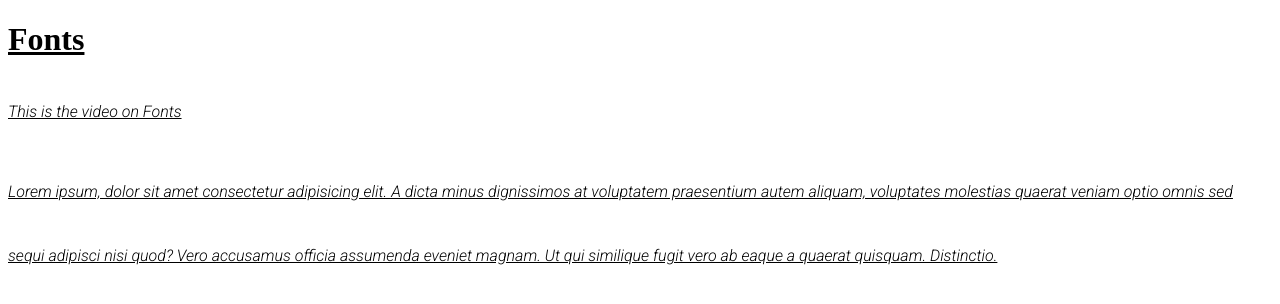
Repository: diensy/Web_dev
Page: Css/Fonts/index.html
These files come from the project's save history. The page is drawn as it stood at one moment and after the next save; the edit follows.
The browser window is 1280 px wide. The pictures show the whole page.
Some web fonts or font styles are not loaded; a fallback is used.

Above is the page before, as saved 2024-05-22 22:35:31.

### Css/Fonts/index.html
<!DOCTYPE html>
<html lang="en">
  <head>
    <meta charset="UTF-8" />
    <meta name="viewport" content="width=device-width, initial-scale=1.0" />
    <title>Document</title>
    <link rel="stylesheet" href="font.css" />
  </head>
  <body>
    <div>
      <h1><u>Fonts</u></h1>
      <p>This is the video on Fonts</p>
      <p>
        Lorem ipsum, dolor sit amet consectetur adipisicing elit. A dicta minus
        dignissimos at voluptatem praesentium autem aliquam, voluptates
        molestias quaerat veniam optio omnis sed sequi adipisci nisi quod? Vero
        accusamus officia assumenda eveniet magnam. Ut qui similique fugit vero
        ab eaque a quaerat quisquam. Distinctio.
      </p>
    </div>
  </body>
</html>

### Css/Fonts/font.css
@import url("https://fonts.googleapis.com/css2?family=Baloo+Bhaina+2:wght@400..800&display=swap");

@import url('https://fonts.googleapis.com/css2?family=Baloo+Bhaina+2:wght@400..800&family=Roboto:ital,wght@0,100;0,300;0,400;0,500;0,700;0,900;1,100;1,300;1,400;1,500;1,700;1,900&display=swap');


p {
  font-family: "Roboto", sans-serif;;
  font-style: oblique;
  font-weight: 300;
  text-decoration: underline;
  line-height: 4;
}

After the next save:
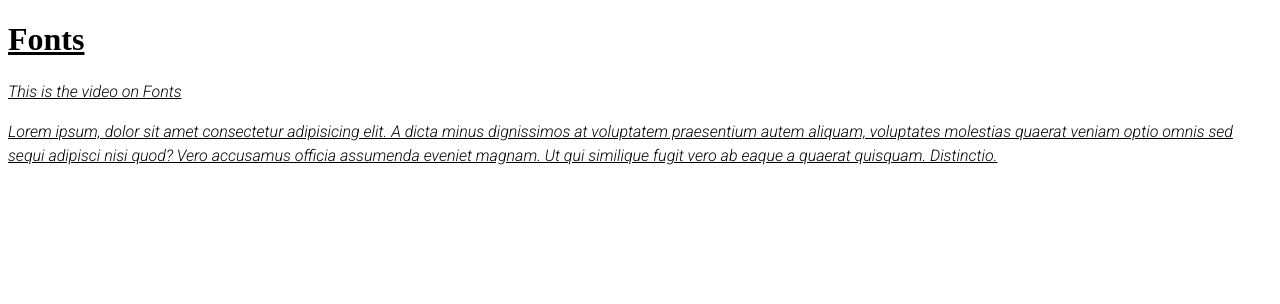
Saved 36 s later.
--- a/Css/Fonts/font.css
+++ b/Css/Fonts/font.css
@@ -8,5 +8,5 @@ p {
   font-style: oblique;
   font-weight: 300;
   text-decoration: underline;
-  line-height: 4;
+  line-height: 1.5;
 }
